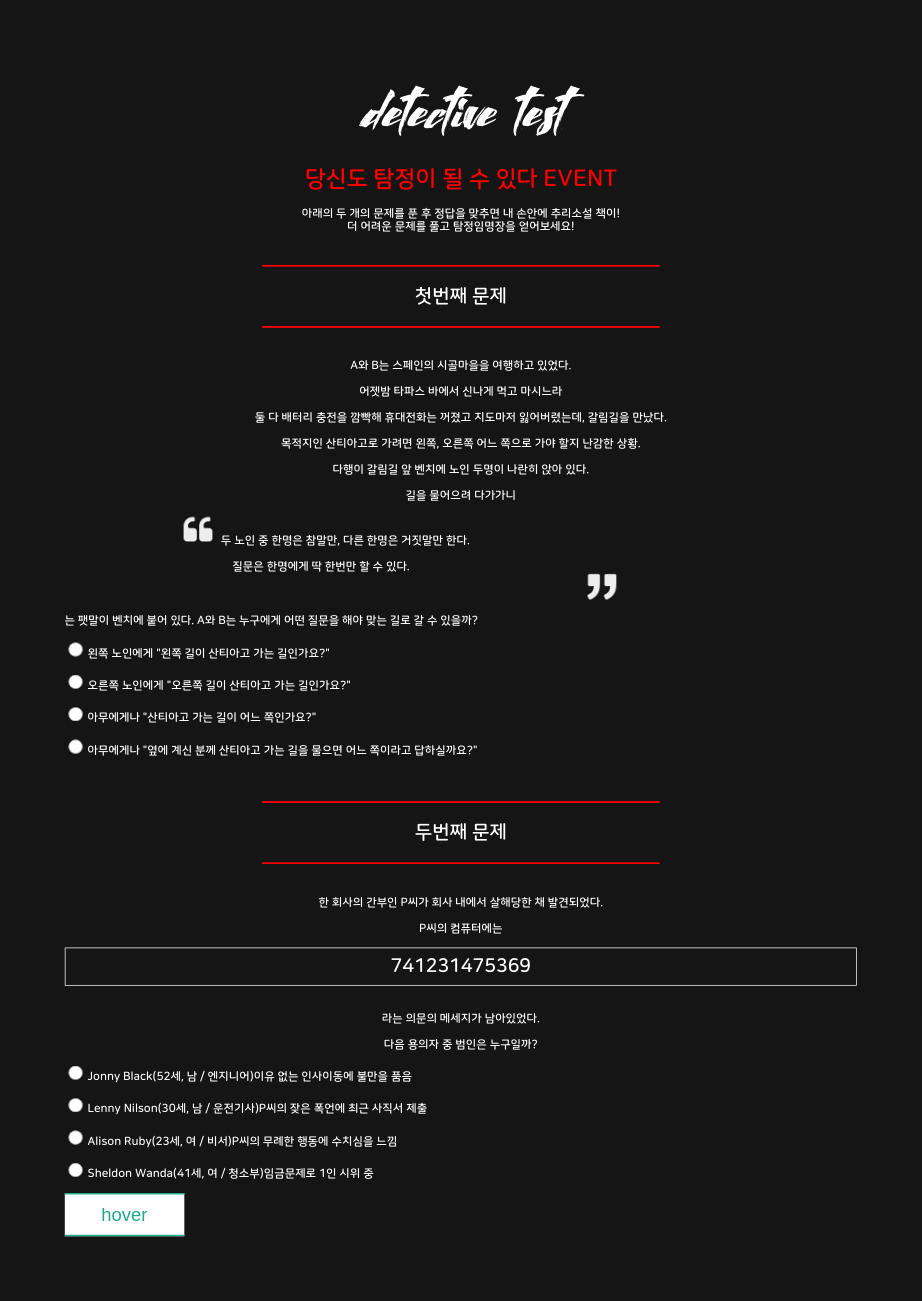
Repository: minkyung0421/Event_Project
Page: http://localhost/Event/quiz.jsp
The author's editor kept a copy of each file at every save. The page is drawn from the files as they stood at one save, then again after the next save.
The browser window is 1280 px wide. The pictures show the whole page, at 72% of full size.
The pointer rests on the first visible `button`.
The page is served by Tomcat 9.

Above is the page before, as saved 2018-09-04 07:39:43.

After the next save:
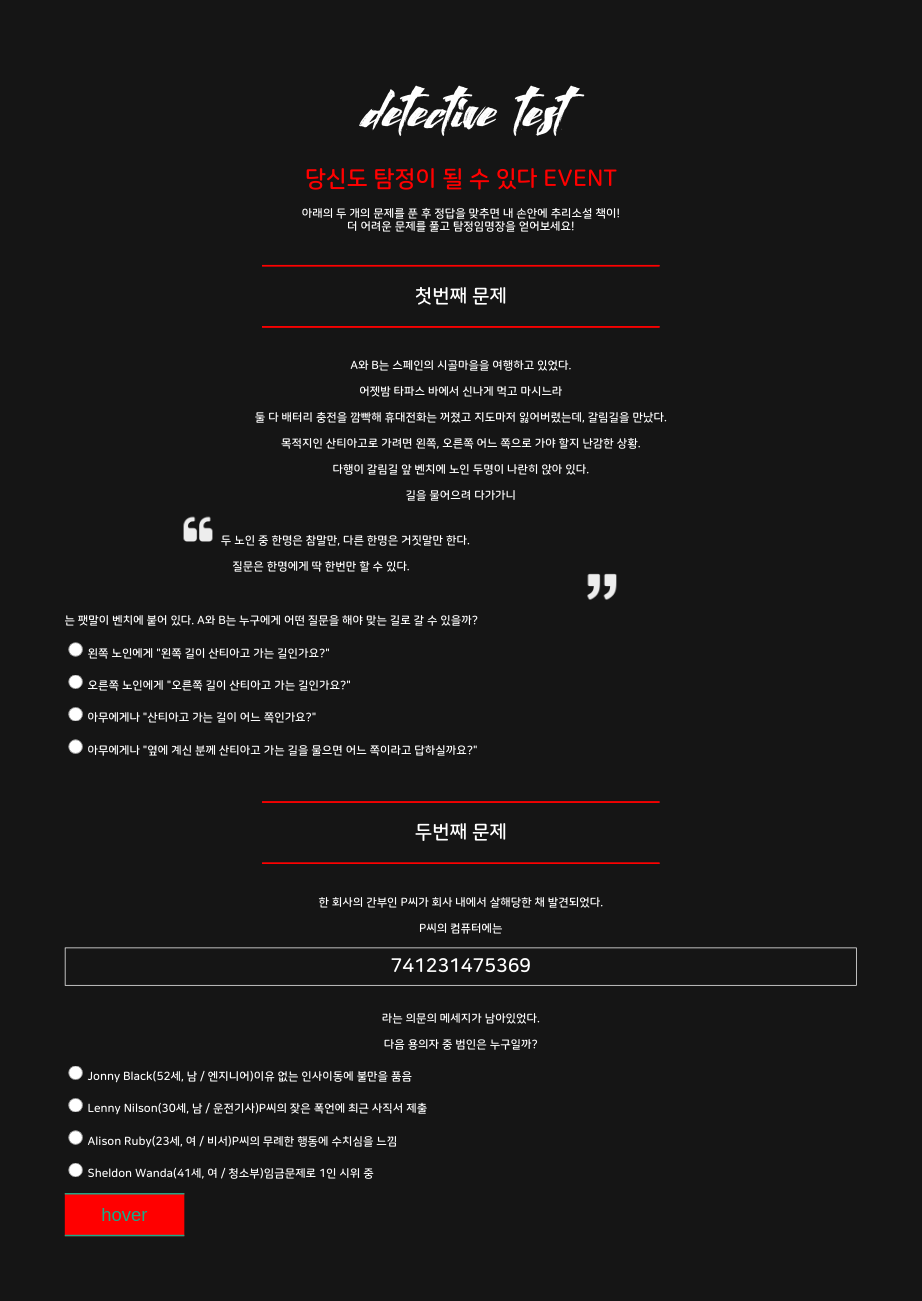
Saved 25 s later.
--- a/Event_Project/Event/WebContent/quiz.jsp
+++ b/Event_Project/Event/WebContent/quiz.jsp
@@ -33,7 +33,7 @@ button{
   outline:none;
 }
 button:hover{
-  background:#fff;
+  background:red;
   color:#1AAB8A;
 }
 button:before,button:after{
